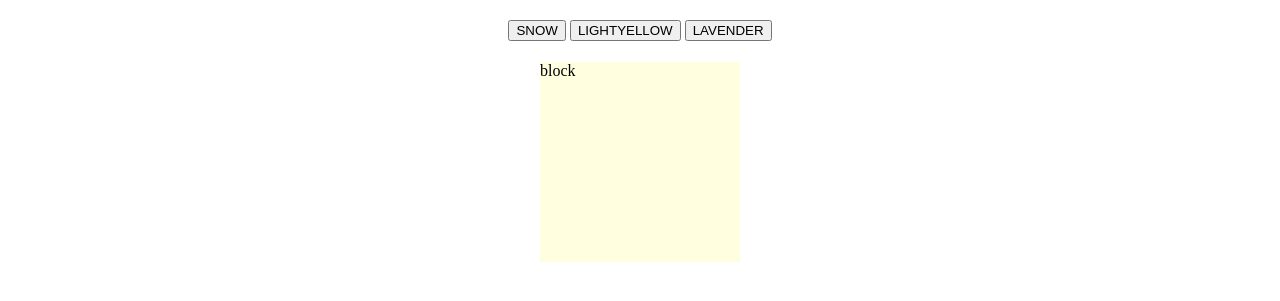
Repository: wjsjsn/23_webstudy
Page: 03_javascript/src/main/webapp/day02/Ex16_event.html
These files come from the project's save history. The page is drawn as it stood at one moment and after the next save; the edit follows.
The browser window is 1280 px wide. The pictures show the whole page.
After loading, the first visible `button[onclick="setLightYellow()"]` was clicked once.

Above is the page before, as saved 2023-06-28 07:10:50.

After the next save:
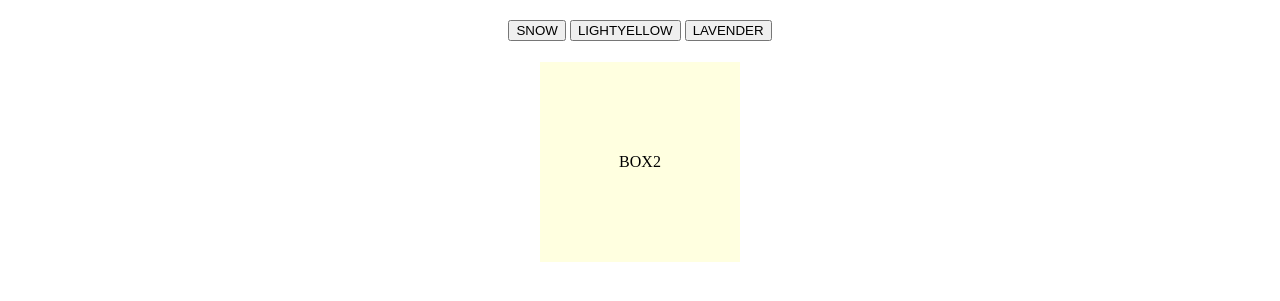
Saved 58 s later.
--- a/03_javascript/src/main/webapp/day02/Ex16_event.html
+++ b/03_javascript/src/main/webapp/day02/Ex16_event.html
@@ -11,13 +11,15 @@ function setSnow() {
 }
 
 function setLightYellow() {
-	var s = document.getElementById("box2").style.display = "block" ;
-	document.getElementById("box2").innerHTML = s;
+	document.getElementById("box1").style.display = "none" ;
+	document.getElementById("box2").style.display = "block" ;
+	document.getElementById("box3").style.display = "none" ;
 }
 
 function setLavender() {
-	var s = document.getElementById("box3").style.display = "block" ;
-	document.getElementById("box3").innerHTML = s;
+	document.getElementById("box1").style.display = "none" ;
+	document.getElementById("box2").style.display = "none" ;
+	document.getElementById("box3").style.display = "block" ;
 }
 </script>
 <style type="text/css">
@@ -27,6 +29,8 @@ function setLavender() {
 	height: 200px;
 	margin: auto;
 	display: none;
+	text-align: center;
+	line-height: 200px;
 }
 </style>
 </head>
